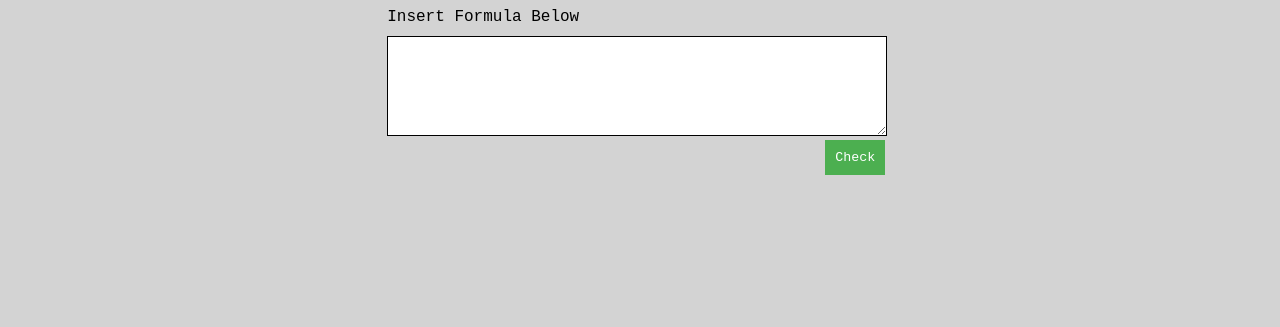
Repository: martandatrey/sf_formula_checker
Page: SF_formula_parser.html
An editor plug-in stored every save of this project. The page is shown before and after the next save, followed by the edit.
The browser window is 1280 px wide. The pictures show the whole page.

Above is the page before, as saved 2020-05-24 01:35:50.

After the next save:
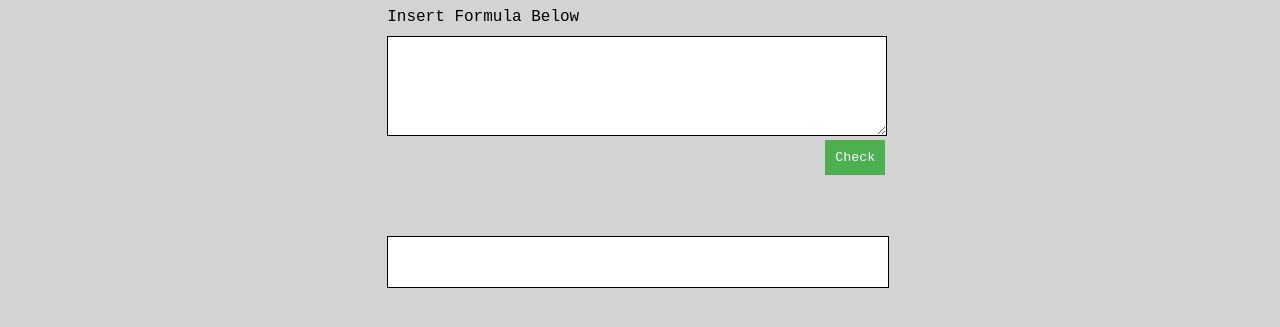
Saved 4 min 33 s later.
--- a/SF_formula_parser.css
+++ b/SF_formula_parser.css
@@ -23,6 +23,13 @@ input[type=button] {
     cursor: pointer;
     float:right;
 }
+#statusMsg {
+    height: 50px;
+    width: 500px;
+    border: 1px solid black;
+    background-color: white;
+    margin-top: 100px;
+}
 
 * {
     font-family: 'Courier New', Courier, monospace;
